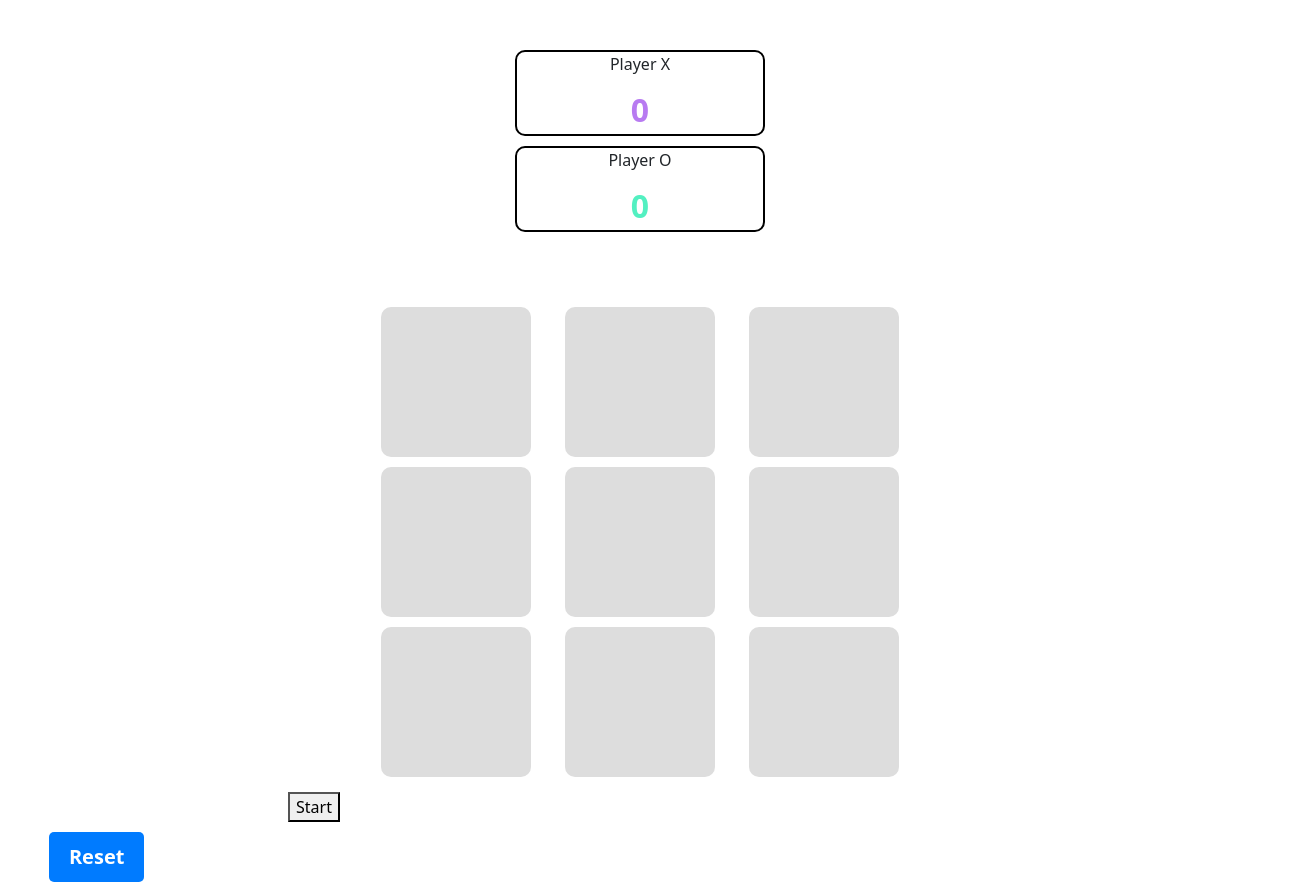
Repository: woodsdeshe/Tic-Tac-Toe
Page: index.html
These files come from the project's save history. The page is drawn as it stood at one moment and after the next save; the edit follows.
The browser window is 1280 px wide. The page is 1292 px wide, so the pictures cover 1292 px, including what lies to the right of the window. The pictures show the whole page.

Above is the page before, as saved 2023-03-31 21:12:54.

### index.html
<!DOCTYPE html>
<html lang="en">
  <head>
    <meta charset="UTF-8" />
    <meta http-equiv="X-UA-Compatible" content="IE=edge" />
    <meta name="viewport" content="width=device-width, initial-scale=1.0" />
    <title>Tic Tac Toe | DeShe Woods</title>
    <link rel="stylesheet" href="styles.css" />
    <link
      href="https://cdn.jsdelivr.net/npm/bootstrap@5.3.0-alpha2/dist/css/bootstrap.min.css"
      rel="stylesheet"
      integrity="sha384-aFq/bzH65dt+w6FI2ooMVUpc+21e0SRygnTpmBvdBgSdnuTN7QbdgL+OapgHtvPp"
      crossorigin="anonymous"
    />
  </head>
  <body>
    <div class="container">
      <div class="row">
        <div class="col-12 scoreboard scoreboard-left">
          <div>Player X</div>
          <div class="score-x">0</div>
        </div>
        <div class="col-12 scoreboard scoreboard-right">
          <div>Player O</div>
          <div class="score-o">0</div>
        </div>
      </div>
      <div class="message"></div>
      <div class="container game-board">
        <div class="row">
          <div class="col-4">
            <div class="tile square-1"></div>
          </div>
          <div class="col-4">
            <div class="tile square-2"></div>
          </div>
          <div class="col-4">
            <div class="tile square-3"></div>
          </div>
        </div>
        <div class="row">
          <div class="col-4">
            <div class="tile square-4"></div>
          </div>
          <div class="col-4">
            <div class="tile square-5"></div>
          </div>
          <div class="col-4">
            <div class="tile square-6"></div>
          </div>
        </div>
        <div class="row">
          <div class="col-4">
            <div class="tile square-7"></div>
          </div>
          <div class="col-4">
            <div class="tile square-8"></div>
          </div>
          <div class="col-4">
            <div class="tile square-9"></div>
          </div>
        </div>
      </div>
      </div>
      <div class="row">
        <div class="col-2">
          <div class="reset">
            <button class="reset-btn">Reset</button>
          </div>
        </div>
        <div class="col-2"> <div class="start">
          <button class="startBtn">Start</button>
        </div></div>

      </div>
    </div>
    <script
      src="https://cdn.jsdelivr.net/npm/bootstrap@5.3.0-alpha2/dist/js/bootstrap.bundle.min.js"
      integrity="sha384-qKXV1j0HvMUeCBQ+QVp7JcfGl760yU08IQ+GpUo5hlbpg51QRiuqHAJz8+BrxE/N"
      crossorigin="anonymous"
    ></script>
    <script src="script.js"></script>
  </body>
</html>

### styles.css
.container {
  display: flex;
  flex-direction: column;
  align-items: center;
  margin-top: 50px;
}

.scoreboard {
  display: flex;
  flex-direction: column;
  align-items: center;
  border: 2px solid black;
  border-radius: 10px;
  width: 200px;
}

.scoreboard-left {
  margin-right: 70px;
  margin-bottom: 10px;
}

.scoreboard-right {
  margin: 0;
}

.score-x {
  font-size: 48px;
  color: rgb(184, 123, 241);
}

.score-o {
  font-size: 48px;
  color: rgb(83, 240, 193);
}

.score-x,
.score-o {
  font-size: 2em;
  font-weight: bold;
  margin-top: 10px;
}

.message {
  font-size: 2em;
  margin-bottom: 20px;
}

.game-board {
  display: flex;
  justify-content: center;
}

.tile {
  width: 150px;
  height: 150px;
  background-color: #ddd;
  margin: 5px;
  border-radius: 10px;
  display: flex;
  justify-content: center;
  align-items: center;
  font-size: 50px;
  font-weight: bold;
  cursor: pointer;
}

.reset {
  text-align: center;
  margin-top: 50px;
}

.reset-btn {
  font-size: 20px;
  font-weight: bold;
  padding: 10px 20px;
  background-color: #007bff;
  color: white;
  border-radius: 5px;
  border: none;
  cursor: pointer;
}

.start {
    text-align: center;
    margin-top: 10px;
}

.x-symbol {
    color: rgb(184, 123, 241);
}

.o-symbol {
    color: rgb(83, 240, 193);
}

@media (max-width: 767px) {
  .scoreboard {
    margin-bottom: 20px;
  }
}

### script.js
// Variables that access the squares, reset button, scoreboards , and messaging for the game that will stay constant
const gameBoard = document.querySelector(".game-board");
const resetBtn = document.querySelector(".reset-btn");
const scoreboardX = document.querySelector(".score-x");
const scoreboardO = document.querySelector(".score-o");
const message = document.querySelector(".message");
const tile = document.querySelectorAll(".tile");

// Variables that access the current player, game over, X and O scores that will change based on conditions of the game
let currentPlayer = "X";
let gameOver = false;
let xScore = 0;
let oScore = 0;

// This event listener will check to see if the tiles are empty and will fill them with the symbol of the current player

gameBoard.addEventListener("click", (event) => {
  event.preventDefault();

  //This if statement checks to see if the game is over before allowing the players to continue playing. If gameOver is true, then the board becomes unclickable
  if (gameOver) {
    return;
  }

  // This variable will hold the square that gets clicked using the .target property
  const square = event.target;

  // Checks to see if the square contains a class of tile and the square is empty. If it's empty then the square will contain a symbol and alternate the symbol according to the current player
  if (square.classList.contains("tile") && square.textContent === "") {
    // This if statement adds or removes the appropriate symbol class based on the current player so that the colors of the symbols will be different
    if (currentPlayer === "X") {
      square.classList.add("x-symbol");
      square.classList.remove("o-symbol");
    } else {
      square.classList.add("o-symbol");
      square.classList.remove("x-symbol");
    }

    square.textContent = currentPlayer;

    //Updates the message variable to show who's turn it is on the screen
    message.textContent = `It's ${currentPlayer} turn`;

    currentPlayer = currentPlayer === "X" ? "O" : "X";
  }

  //Calls the checkForWinner function after each turn to see if a player has won
  checkForWinner();
});

// Check to see if the tiles contain a winning play of a specific player
function currentPlay(plays, player) {
  // The .every method checks through every tile within the player array that checks to see if they contain the current players symbol with a boolean "true" or "false"
  return plays.every((tile) => {
    tileElement = document.querySelector(`.square-${tile}`);
    return tileElement.textContent === player;
  });
}

// This function will check to see which player has the winning set after each move
function checkForWinner() {
  // Nested arrays that show all the winning plays that are needed to win
  const winningPlays = [
    [1, 2, 3],
    [4, 5, 6],
    [7, 8, 9],
    [1, 4, 7],
    [2, 5, 8],
    [3, 6, 9],
    [1, 5, 9],
    [3, 5, 7],
  ];

  // Loops through each array within "winingPlays" and stores the values in the variable "plays"
  for (let i = 0; i < winningPlays.length; i++) {
    const plays = winningPlays[i];

    // Create if/else conditions that will check to see if the current player has a winning play thats in 'winningPlays', if no one wins, it calls the "itsATie" function to alert the players that the game is over and prevents the players from continuing to play using th endGame function"
    if (currentPlay(plays, "X")) {
      xScore++;
      scoreboardX.textContent = xScore;
      message.textContent = "Player X Wins!";
      gameOver = true;
      endGame();
    } else if (currentPlay(plays, "O")) {
      oScore++;
      scoreboardO.textContent = oScore;
      message.textContent = "Player O Wins!";
      gameOver = true;
      endGame();
    } else if (itsATie()) {
      message.textContent = "Game over! It's a tie!!!";
      gameOver = true;
      endGame();
    }
  }

  // This function iterates through all the tiles on the board and checks to see if the board is full. If there isn't any empty tiles left, it returns true.
  function itsATie() {
    for (let i = 0; i < tile.length; i++) {
      if (tile[i].textContent === "") {
        return false;
      }
    }
    return true;
  }

  // This function iterates through all the tiles in the game and removes the gameBoard listener so that the board is no longer clickable when the game is over
  function endGame() {
    for (let i = 0; i < tile.length; i++) {
      tile[i].removeEventListener("click", handleClick);
    }
  }
}

//This function resets the game
function resetGame() {
  currentPlayer = "X";
  gameOver = false;
  message.textContent = `It's ${currentPlayer} turn`;
  scoreboardX.textContent = "0";
  scoreboardO.textContent = "0";
  xScore = 0;
  oScore = 0;

  // Clears the board by setting the text content of all tiles to an empty string
  tile.forEach((tile) => {
    tile.textContent = "";
  });

  // Add back the event listener to each tile so that they are clickable again
  tile.forEach((tile) => {
    tile.addEventListener("click", handleTileClick);
  });
}

resetBtn.addEventListener("click", () => {
  resetGame();
});

After the next save:
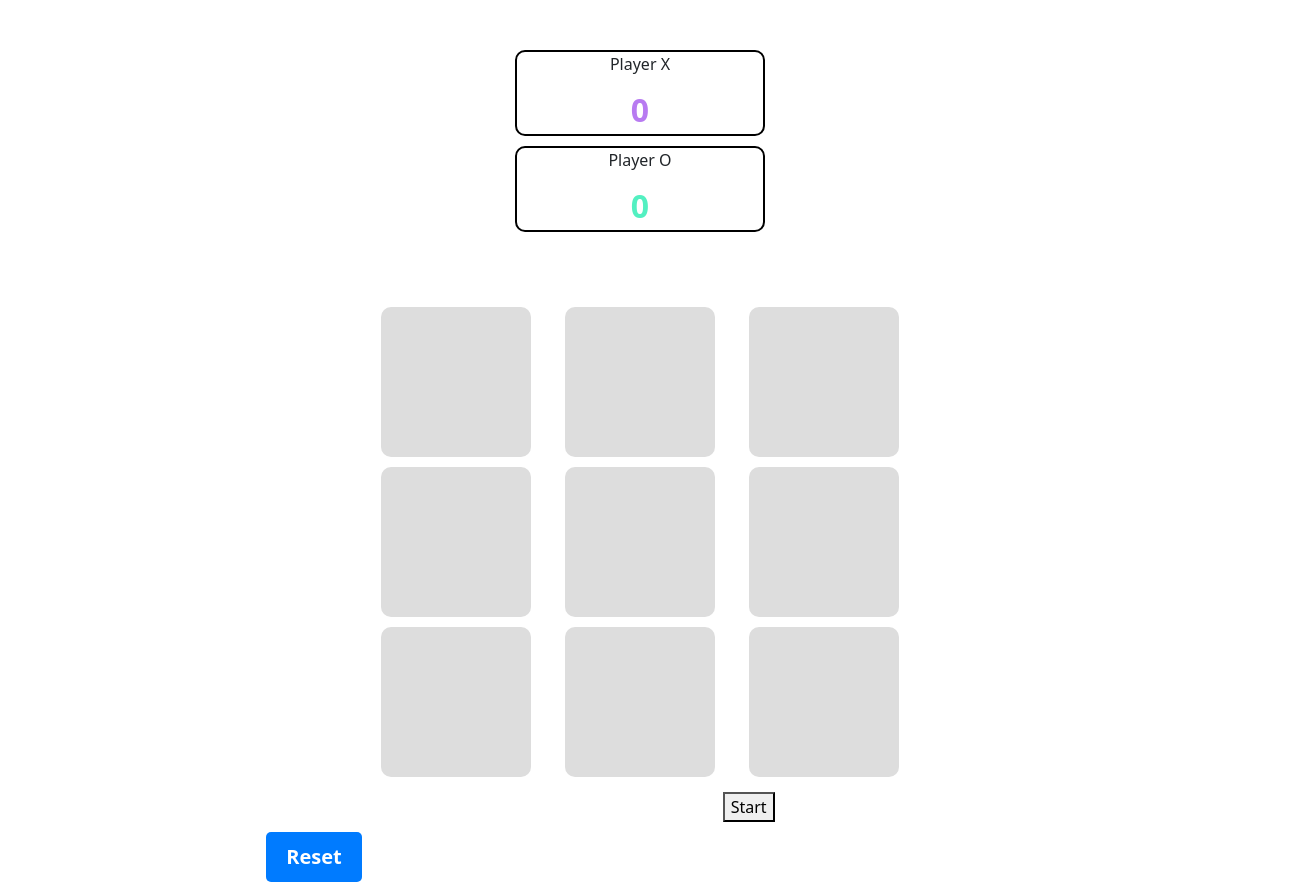
Saved 6 s later.
--- a/index.html
+++ b/index.html
@@ -63,7 +63,7 @@
       </div>
       </div>
       <div class="row">
-        <div class="col-2">
+        <div class="col-6">
           <div class="reset">
             <button class="reset-btn">Reset</button>
           </div>
